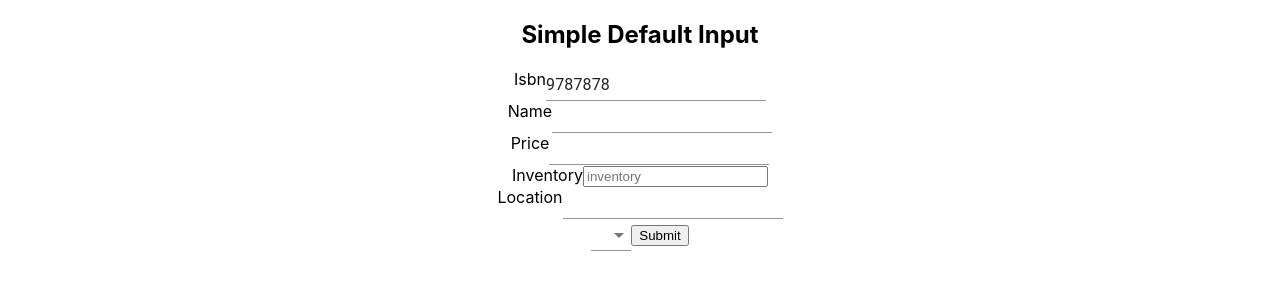
Repository: rishhabh-jain/isbndb
Page: /
The author's editor kept a copy of each file at every save. The page is drawn from the files as they stood at one save, then again after the next save.
The browser window is 1280 px wide. The pictures show the whole page.
The project was rebuilt for these pictures with package versions that can differ from the ones it lists, and the page was loaded fresh each time.

Above is the page before, as saved 2022-02-03 13:36:51.

After the next save:
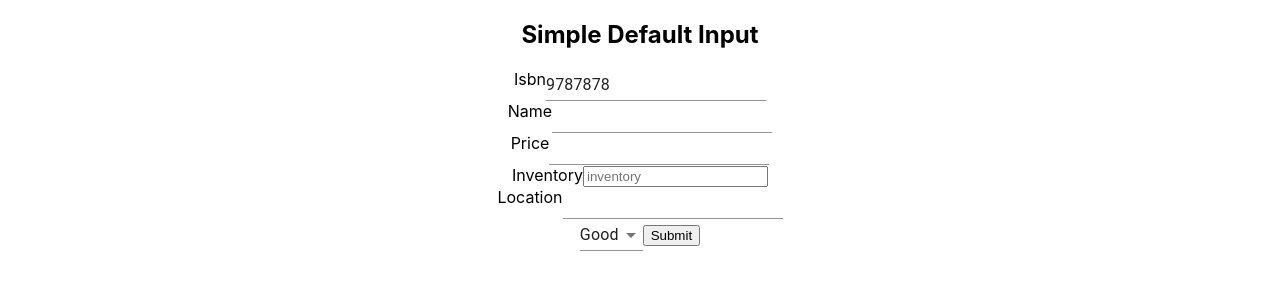
Saved 2 min 14 s later.
--- a/src/App.js
+++ b/src/App.js
@@ -111,9 +111,9 @@
           label="Age"
           onChange={onConditionChange}
         >
-          <MenuItem value="Good">Good</MenuItem>
-          <MenuItem value="New">New</MenuItem>
-          <MenuItem value="Like New ">Like New </MenuItem>
+          <MenuItem value="Good" onSelect={setCondition("Good")}>Good</MenuItem>
+          <MenuItem value="New" onSelect={setCondition("Good")} >New</MenuItem>
+          <MenuItem value="Like" onSelect={setCondition("Good")} >Like New </MenuItem>
         </Select>
         <button type="submit">Submit</button>
       </form>

After the save that followed:
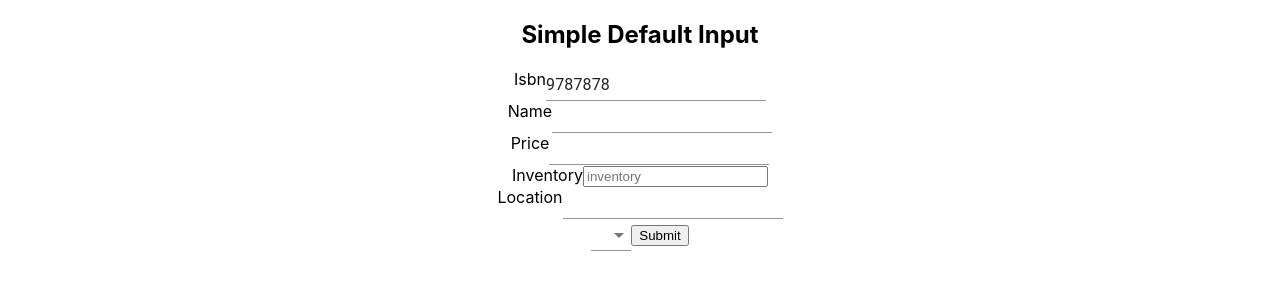
Saved 18 s later.
--- a/src/App.js
+++ b/src/App.js
@@ -112,8 +112,8 @@
           onChange={onConditionChange}
         >
           <MenuItem value="Good" onSelect={setCondition("Good")}>Good</MenuItem>
-          <MenuItem value="New" onSelect={setCondition("Good")} >New</MenuItem>
-          <MenuItem value="Like" onSelect={setCondition("Good")} >Like New </MenuItem>
+          <MenuItem value="New" onSelect={setCondition("New")} >New</MenuItem>
+          <MenuItem value="Like" onSelect={setCondition("Like New")} >Like New </MenuItem>
         </Select>
         <button type="submit">Submit</button>
       </form>
